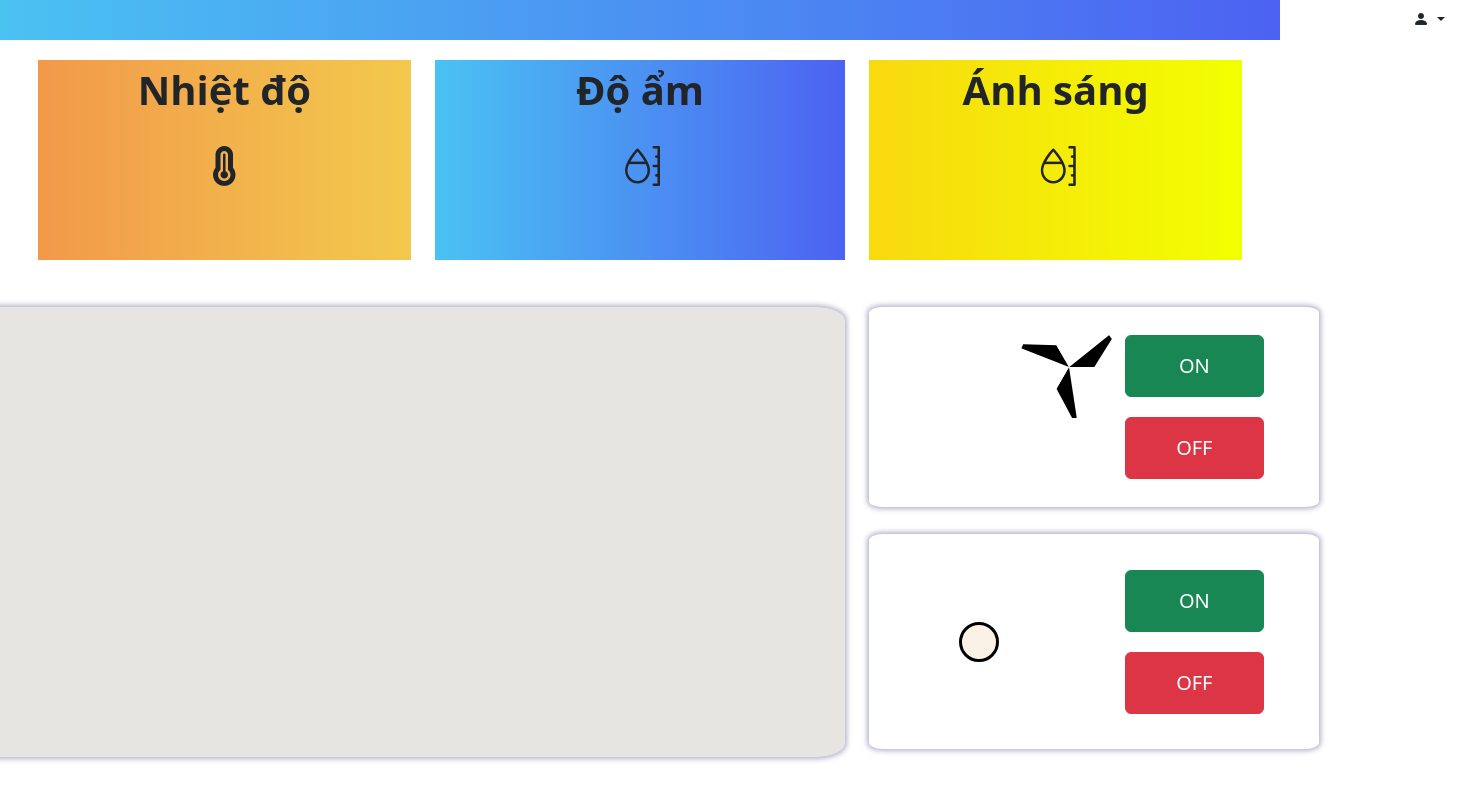
Repository: ndmq03102002/BTL_IOT
Page: Fontend_IOT/iot/index.html
An editor plug-in stored every save of this project. The page is shown before and after the next save, followed by the edit.
The browser window is 1280 px wide. The page is 1458 px wide, so the pictures cover 1458 px, including what lies to the right of the window. The pictures show the whole page.
Some web libraries are served in a nearby version.

Above is the page before, as saved 2023-09-07 09:34:25.

### Fontend_IOT/iot/index.html
<!DOCTYPE html>
<html lang="en">
<head>
    <meta charset="UTF-8">
    <meta name="viewport" content="width=device-width, initial-scale=1.0">
    <title>Document</title>
    <link rel="stylesheet" href="style.css">
    <link rel="stylesheet" href="bootstrap/css/bootstrap.css">
    <link rel="stylesheet" href="assets/fonts/fontawesome/css/fontawesome-all.min.css">
    <script src="https://cdnjs.cloudflare.com/ajax/libs/Chart.js/2.9.4/Chart.js"></script>
    <script src="https://kit.fontawesome.com/1be2f108e2.js" crossorigin="anonymous"></script>
    <link rel="stylesheet" href="https://cdn.jsdelivr.net/npm/bootstrap-icons@1.10.5/font/bootstrap-icons.css">
    <link rel="stylesheet" href="https://cdnjs.cloudflare.com/ajax/libs/font-awesome/6.0.0/css/all.min.css" integrity="sha512-9usAa10IRO0HhonpyAIVpjrylPvoDwiPUiKdWk5t3PyolY1cOd4DSE0Ga+ri4AuTroPR5aQvXU9xC6qOPnzFeg==" crossorigin="anonymous" referrerpolicy="no-referrer" />

</head>
<header style="width: 100%; height: 40px; margin :auto;background: linear-gradient(to right, #4ac2f2, #4c62f2)">

    <div class="col-sm-12">
        <div class="btn-group" style=" margin-left: 1300px;  ">
            <a class="btn btn-white dropdown-toggle" style="border-radius: 0%;display: block; margin-left: 100px;" href="#" role="button" data-bs-toggle="dropdown" aria-expanded="false">
                <i class="bi bi-person-fill"></i>
              </a>
            <ul class="dropdown-menu">
                <li><a href="javascript:" class="dropdown-item"><i class="bi bi-person"></i> MSV: B20DCCN064</a></li>
                <li><a href="javascript:" class="dropdown-item"><i class="bi bi-phone"></i> Phone: 0399602556</a></li>
                <li><a href="message.html" class="dropdown-item"><i class="bi bi-envelope"></i> Email: Caibutchi2672gmail.com</a></li>
            </ul>
          </div>
</header>
<body>
     <div  style="background-color:white;height:700px; margin-bottom: 50px;">
        <div class="row">
            <div  class="col-sm-4 col-pd"style="padding-left: 50px;" >
                <div class="khoi1 khoi-size">
                        <p >Nhiệt độ</p>
                        <p style="display: inline; " class="count1"></p>
                        <span><i class='fa-solid fa-temperature-full'></i></span>

                </div>
            </div>
            <div class="col-sm-4 col-pd">
                <div class="khoi2 khoi-size">
                    <p> Độ ẩm</p>
                    <p style="display: inline;" class="count2"></p>
                    <span> <i class="bi bi-moisture"></i></span>
                </div>
            </div>
            <div class="col-sm-4 col-pd" style="padding-right: 50px;">
                <div class="khoi3 khoi-size">
                    <p>Ánh sáng</p>
                    <p style="display: inline;" class="count3"></p>
                    <span> <i class="bi bi-moisture"></i></span>
                </div>
            </div>
            <div class="col-sm-8 " >
                <div class="khoi" style="height: 450px;width: 970px; float:right">
                    <canvas id="myChart" style="border-radius: 3%; width:100%;height: 100%;background-color: rgb(231, 229, 226);"></canvas>
                </div>
            </div>
            <div class="col-sm-4 ">
                <div class="khoi khoiii" style=" background-color: white; height: 200px; width: 450px; float: left; display: flex; justify-content: center; align-items: center;">
                    <div class="fan">
                        <div class="blade blade-1"></div>
                        <div class="blade blade-2"></div>
                        <div class="blade blade-3"></div>
                        <div class="stand"></div>
                    </div>
                    <div class="button" style="margin: auto;">
                        <button class="btn btn-success " onclick="OnFan()" style="--bs-btn-padding-y: 15px; --bs-btn-padding-x: 50px; --bs-btn-font-size: 20px; ">ON</button>
                         <button class="btn btn-danger " onclick="OffFan()" style="margin-top: 20px; --bs-btn-padding-y: 15px; --bs-btn-padding-x: 50px; --bs-btn-font-size: 20px;">OFF</button>

                    </div>

                </div>
                <div class="khoi " style="background-color: white; margin-bottom: 20px; height: 215px; width: 450px; float: left; display: flex; justify-content: center; align-items: center;">
                    <div class="light" >
                        <div class="light-bulb" > </div>
                    </div>
                    <div class="button"  style="margin: auto;">
                        <button class="btn btn-success " onclick="OnLight()" style="--bs-btn-padding-y: 15px; --bs-btn-padding-x: 50px; --bs-btn-font-size: 20px; ">ON</button>
                         <button class="btn btn-danger " onclick="OffLight()" style="margin-top: 20px; --bs-btn-padding-y: 15px; --bs-btn-padding-x: 50px; --bs-btn-font-size: 20px;">OFF</button>

                    </div>

                </div>
            </div>
        </div>
    </div>
    <p>

    <script src="https://cdn.jsdelivr.net/npm/axios/dist/axios.min.js"></script>
    <script src="js.js"></script>
    <script src="jquery.js"></script>
    <script src="popper.min.js"></script>
    <script src="bootstrap/js/bootstrap.min.js"></script>
</body>
</html>

### Fontend_IOT/iot/style.css
html {
  margin: 0;
  padding: 0;
}

.khoi {
  width: 100%;
  height: 200px;
  margin-right: 0px;
  margin-bottom: 27px;
  background-color: #9fb4d0;

  box-shadow: 0px 0px 5px 2px rgba(97, 95, 151, 0.47);
  border-radius: 3%;
}
.khoi1 {
  width: 100%;
  height: 200px;
  margin-right: 0px;
  margin-bottom: 27px;
  background: linear-gradient(to right, #f2994a, #f2c94c);
}
.khoi2 {
  width: 100%;
  height: 200px;
  margin-right: 0px;
  margin-bottom: 27px;
  background: linear-gradient(to right, #4ac2f2, #4c62f2);
}
.khoi3 {
  width: 100%;
  height: 200px;
  margin-right: 0px;
  margin-bottom: 27px;
  background: linear-gradient(to right, #f8d90f, #f2ff00);
}
.khoii {
  width: 100%;
  height: 500px;
  background-color: black;
}
.abc {
  margin-bottom: 30px;
}
.col-pd {
  padding: 20px;
}
.khoi-size {
  font-size: 40px;
  font-weight: bold;
  text-align: center;
}
.fan {
  width: 200px;
  height: 200px;
  position: relative;
}

.blade {
  width: 0;
  height: 0;
  position: absolute;
  top: 10%;
  left: 100%;
  transform-origin: 0 50%;
  background-color: #000000;
  border-radius: 50%;
}

.blade-1 {
  width: 50px;
  height: 80px;
  clip-path: polygon(0 50%, 100% 0, 50% 50%);
  transform: rotate(0deg);
  /* animation: rotateFan1 1s linear infinite; */
}

.blade-2 {
  width: 50px;
  height: 80px;
  clip-path: polygon(0 50%, 100% 0, 50% 50%);
  transform: rotate(120deg);
  /* animation: rotateFan2 1s linear infinite; */
}

.blade-3 {
  width: 50px;
  height: 80px;
  clip-path: polygon(0 50%, 100% 0, 50% 50%);
  transform: rotate(240deg);
  /* animation: rotateFan3 1s linear infinite; */
}

@keyframes rotateFan2 {
  to {
    transform: rotate(480deg);
  }
}
@keyframes rotateFan1 {
  to {
    transform: rotate(360deg);
  }
}
@keyframes rotateFan3 {
  to {
    transform: rotate(600deg);
  }
}
.button {
  display: flex;
  flex-direction: column;
  justify-content: space-between;
}
.light {
  width: 200px;
  height: 200px;
}

.light-bulb {
  width: 40px;
  height: 40px;
  background-color: rgb(251 242 231);
  border: 3px solid #000;
  border-radius: 50%;
  position: relative;
  left: 90px;
  top: 80px;
}
@keyframes bulbLight {
  to {
    border: 5px solid transparent;
    box-shadow: 0 0 30px 50px rgba(255, 255, 0, 0.912);
  }
}

### Fontend_IOT/iot/js.js
let Listbox = document.querySelectorAll(".khoi-size");
let box1 = Listbox[0];
let box2 = Listbox[1];
let box3 = Listbox[2];
// let arrayP = box.getElementsByTagName("p");
// console.log(arrayP[1].innerText);

let countTemp = document.getElementsByClassName(".count1").innerText;
let countHum = document.getElementsByClassName(".count2").innerText;
let countLight = document.getElementsByClassName(".count3").innerText;

let count = 0;

function changeTemp() {
  if (countTemp <= 10) {
    box1.style.backgroundColor = "#9fb4d0";
  } else if (countTemp <= 25) {
    box1.style.backgroundColor = "#3fc848";
  } else if (countTemp <= 35) {
    box1.style.backgroundColor = "#c8b83f";
  } else {
    box1.style.backgroundColor = "#c83f3f";
  }
  if (countTemp > 50) {
    box1.style.backgroundColor = "#fd0606";
  }
}
function changeHum() {
  if (countHum <= 10) {
    box2.style.backgroundColor = "#9fb4d0";
  } else if (countHum <= 25) {
    box2.style.backgroundColor = "#3fc848";
  } else if (countHum <= 35) {
    box2.style.backgroundColor = "#c8b83f";
  } else {
    box2.style.backgroundColor = "#c83f3f";
  }
  if (countHum > 50) {
    box2.style.backgroundColor = "#fd0606";
  }
}
function changeLight() {
  if (countLight <= 10) {
    box3.style.backgroundColor = "#9fb4d0";
  } else if (countLight <= 25) {
    box3.style.backgroundColor = "#3fc848";
  } else if (countLight <= 35) {
    box3.style.backgroundColor = "#c8b83f";
  } else {
    box3.style.backgroundColor = "#c83f3f";
  }
  if (countLight > 50) {
    box3.style.backgroundColor = "#fd0606";
  }
}
function getTempAllData() {
  fetch("http://localhost:8080/Iot/getAllData")
    .then(function (response) {
      return response.json();
    })
    .then(function (posts) {
      const temp = [];
      const hum = [];
      const light = [];
      for (let key of posts) {
        temp.push(key.temperature);
        hum.push(key.humidity);
        light.push(key.light);
      }
      // hiển thị nhiệt độ
      countTemp = document.querySelector(".count1").innerText =
        temp[temp.length - 1];
      countHum = document.querySelector(".count2").innerText =
        hum[hum.length - 1];
      countLight = document.querySelector(".count3").innerText =
        light[light.length - 1];
      console.log("hello");
      changeTemp();
      changeHum();
      changeLight();
      //hiển thị đồ thị
      const xValues = [1, 5, 10, 15, 20, 25, 30, 35, 40, 45];
      type: "line",
        new Chart("myChart", {
          type: "line",
          data: {
            labels: xValues,
            datasets: [
              {
                data: temp,
                borderColor: "red",
                fill: false,
              },
              {
                data: hum,
                borderColor: "green",
                fill: false,
              },
              {
                data: light,
                borderColor: "blue",
                fill: false,
              },
            ],
          },
          options: {
            legend: { display: false },
            scales: {
              yAxes: [
                {
                  ticks: {
                    min: 1, // Giá trị tối thiểu trên trục tung
                    max: 100, // Giá trị tối đa trên trục tung
                    stepSize: 5, // Bước giữa các giá trị
                  },
                },
              ],
            },
          },
        });
    })
    .catch(function (err) {
      console.log(err);
    });
}
function OnFan() {
  const blade1 = (document.querySelector(".blade-1").style.animation =
    "rotateFan1 1s linear infinite");
  const blade2 = (document.querySelector(".blade-2").style.animation =
    "rotateFan2 1s linear infinite");
  const blade3 = (document.querySelector(".blade-3").style.animation =
    "rotateFan3 1s linear infinite");
}
function OffFan() {
  const blade1 = document
    .querySelector(".blade-1")
    .style.removeProperty("animation");
  const blade2 = document
    .querySelector(".blade-2")
    .style.removeProperty("animation");
  const blade3 = document
    .querySelector(".blade-3")
    .style.removeProperty("animation");
}
function OnLight() {
  const light = (document.querySelector(".light-bulb").style.animation =
    "bulbLight 1s linear forwards");
}
function OffLight() {
  const light = document
    .querySelector(".light-bulb")
    .style.removeProperty("animation");
}

Loaded but not shown: Fontend_IOT/iot/bootstrap/css/bootstrap.css (library); Fontend_IOT/iot/jquery.js (library); Fontend_IOT/iot/popper.min.js (library); Fontend_IOT/iot/bootstrap/js/bootstrap.min.js (library)

After the next save:
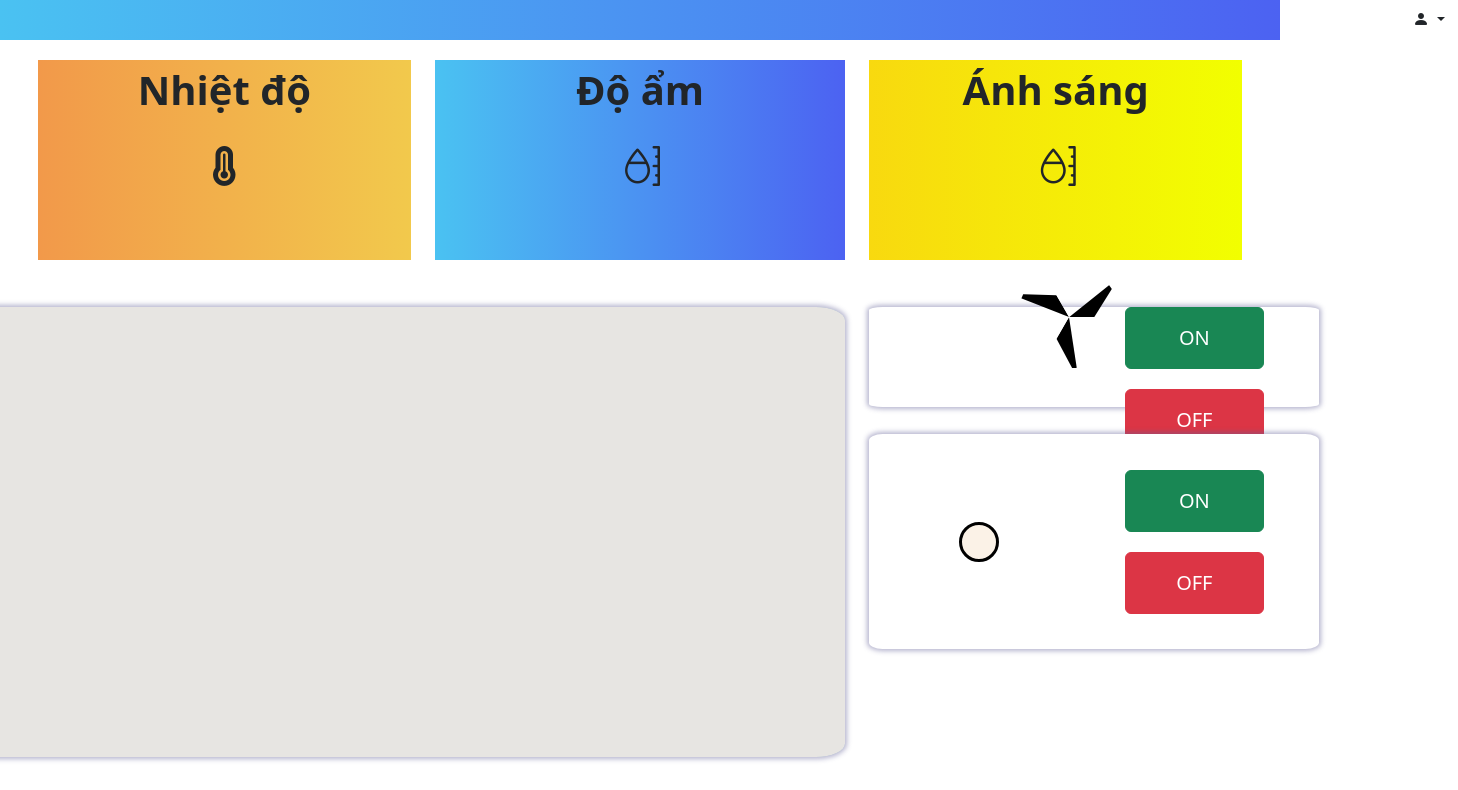
Saved 56 s later.
--- a/Fontend_IOT/iot/index.html
+++ b/Fontend_IOT/iot/index.html
@@ -58,7 +58,7 @@
                 </div>
             </div>
             <div class="col-sm-4 ">
-                <div class="khoi khoiii" style=" background-color: white; height: 200px; width: 450px; float: left; display: flex; justify-content: center; align-items: center;">
+                <div class="khoi khoiii" style=" background-color: white; height: 100px; width: 450px; float: left; display: flex; justify-content: center; align-items: center;">
                     <div class="fan">
                         <div class="blade blade-1"></div>
                         <div class="blade blade-2"></div>

After the save that followed:
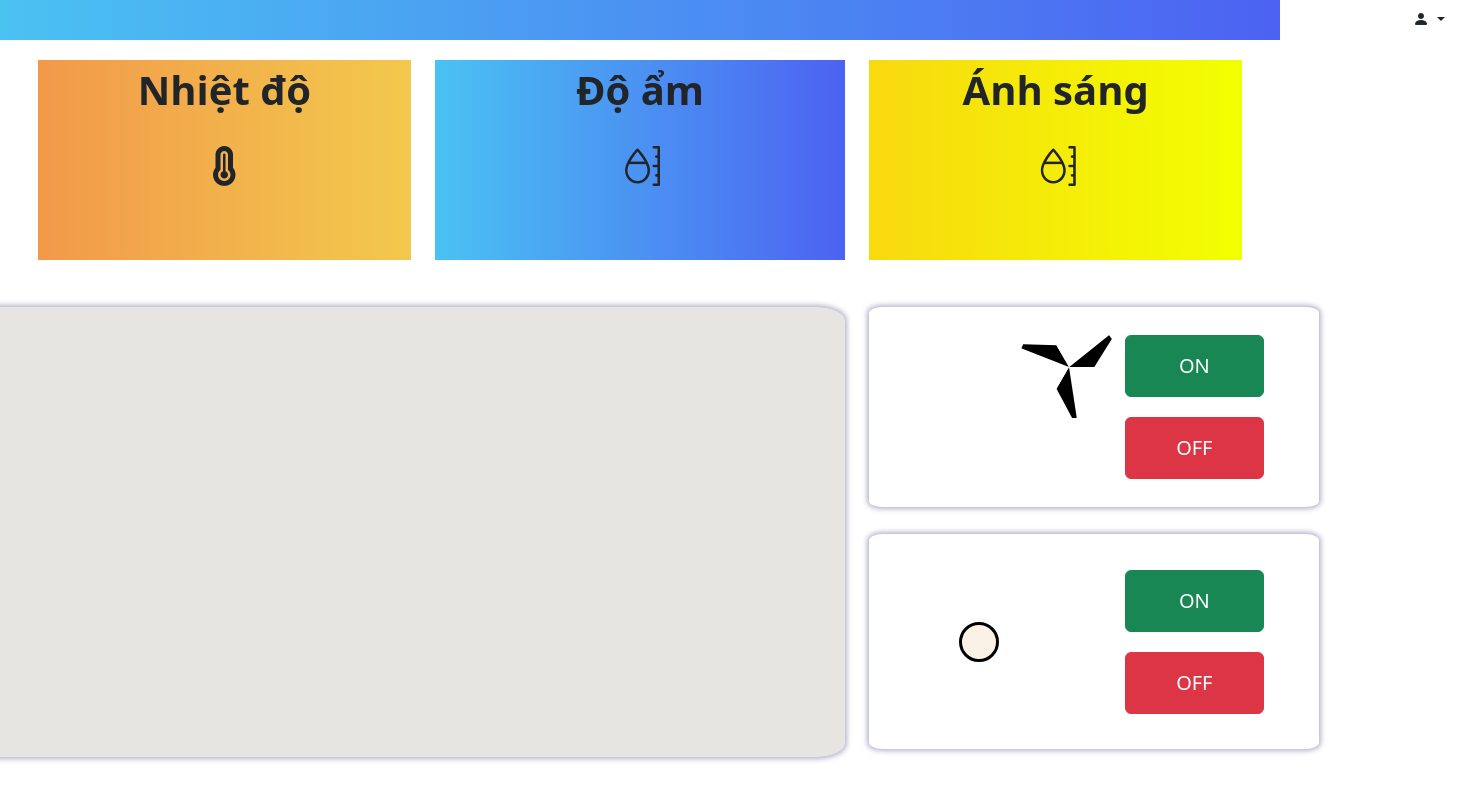
Saved 6 s later.
--- a/Fontend_IOT/iot/index.html
+++ b/Fontend_IOT/iot/index.html
@@ -58,7 +58,7 @@
                 </div>
             </div>
             <div class="col-sm-4 ">
-                <div class="khoi khoiii" style=" background-color: white; height: 100px; width: 450px; float: left; display: flex; justify-content: center; align-items: center;">
+                <div class="khoi khoiii" style=" background-color: white; height: 200px; width: 450px; float: left; display: flex; justify-content: center; align-items: center;">
                     <div class="fan">
                         <div class="blade blade-1"></div>
                         <div class="blade blade-2"></div>
